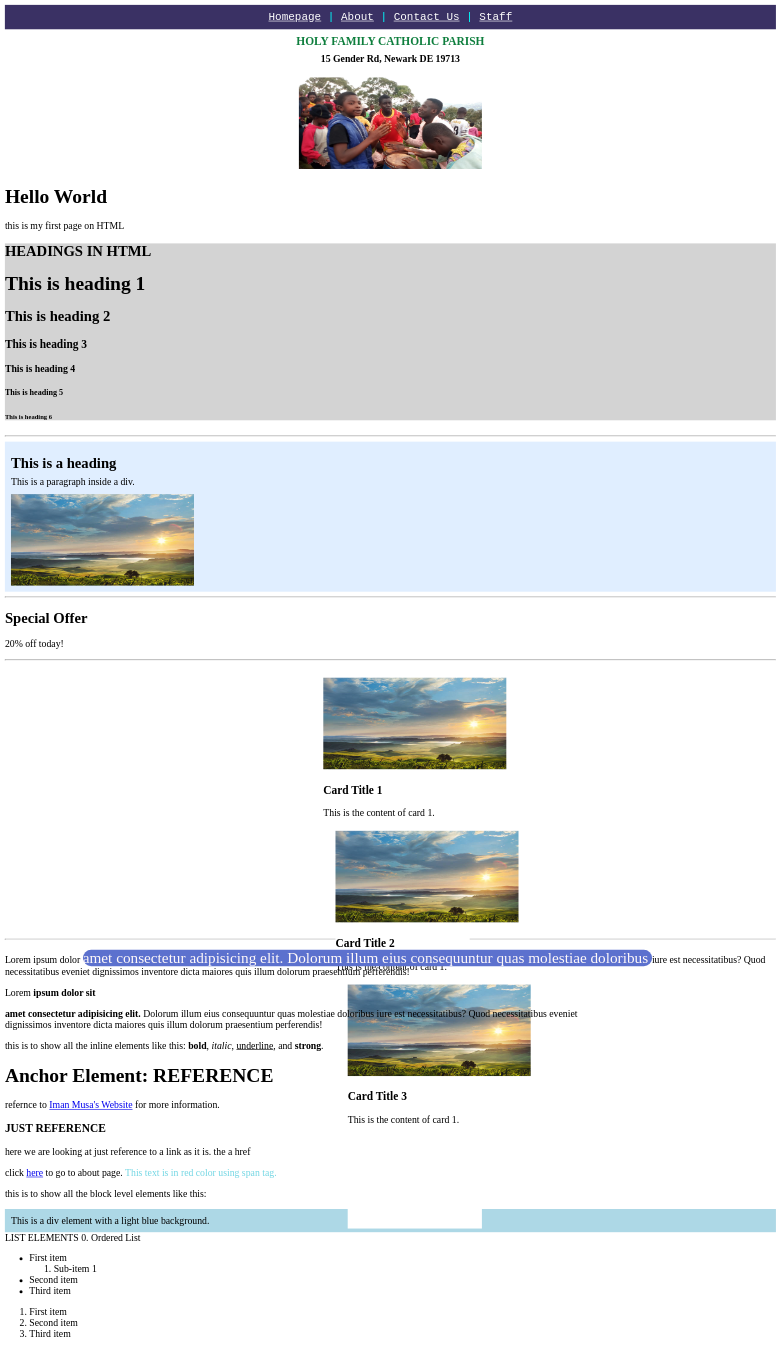
Repository: ficotims/HTML-RESTART
Page: Homepage.html
These files come from the project's save history. The page is drawn as it stood at one moment and after the next save; the edit follows.
The browser window is 1280 px wide. The pictures show the whole page, at 61% of full size.

Above is the page before, as saved 2026-02-10 16:48:48.

### Homepage.html
<!doctype html>
<html lang="en">
  <head>
    <meta charset="UTF-8" />
    <meta name="viewport" content="width=device-width, initial-scale=1.0" />
    <title>HTML Crash course with Iman Musa</title>
    <link rel="stylesheet" href="Style 1.css"/>
  </head>
  <body>

    <!-- NAVIGATION SECTION -->
        <div style="background-color: rgb(58, 49, 100); padding: 10px; text-align: center; color: aqua; font-size: 18px; font-family: monospace, Lemon milk;">
    <a href="Homepage.html" target="_top" style="color: white;">Homepage</a> |
    <a href="about.html" style="color: white;">About</a> | <a href="Contact us.html" style="color: white;">Contact Us</a> |
    <a href="staff.html" style="color: white;">Staff</a>
     </div>

 <div style="text-align: center;">
    <h3><span style="color: rgb(14, 126, 61);"><div style="line-height: 0;">HOLY FAMILY CATHOLIC PARISH</b></span></h3>
    <H4>15 Gender Rd, Newark DE 19713</H4>
    <img
        src="images/Acension.jpg"
        alt="Catholic Church Logo"
        width="300"
        height="150"
      />
      </div>

    <h1>Hello World</h1>
    <p>this is my first page on HTML</p>
    <!-- this is a comment and will not appear on the screen/ page -->
    <!-- let us introduce the headings -->
    <div style="background-color: lightgray; padding: px; text-align: left">
      <h2>HEADINGS IN HTML</h2>
    <h1>This is heading 1</h1>
    <h2>This is heading 2</h2>
    <h3>This is heading 3</h3>
    <h4>This is heading 4</h4>
    <h5>This is heading 5</h5>
    <h6>This is heading 6</h6>
    </div>

    <!-- here we are starting off LEARNING HOW TO USE THE <div> TAG -->
 <hr>
      <div style="background-color: rgb(224, 238, 255); padding: 10px; text-align: left; line-height: 0.5;">
  <h2>This is a heading</h2>
  <p>This is a paragraph inside a div.</p>
  <img src="images/landscape.jpg" alt="Landscape" width="300"
        height="150" />
</div>
<hr>
<div class="highlight-box">
  <h2>Special Offer</h2>
  <p>20% off today!</p>
</div>
<hr>

  <!-- SECTION AND CARDS -->
<section class="container">
  <div class="card">
    <div class="card-image">
      <img src="images/landscape.jpg" alt="Card Image" width="300" height="150" />
    <h3>Card Title 1</h3>
    <p>This is the content of card 1.</p>
  </div>
  <div class="card">
    <div class="card-image">
      <img src="images/landscape.jpg" alt="Card Image" width="300" height="150" />
    <h3>Card Title 2</h3>
    <p>This is the content of card 1.</p>
  </div>
  <div class="card">
    <div class="card-image">
      <img src="images/landscape.jpg" alt="Card Image" width="300" height="150" />
    <h3>Card Title 3</h3>
    <p>This is the content of card 1.</p>
  </div>


</section>

  <hr>
    <!-- thi is for paragraphs now -->
    <p>
      Lorem ipsum dolor <span class="body1">amet consectetur adipisicing elit. Dolorum illum
      eius consequuntur quas molestiae doloribus </span> iure est necessitatibus? Quod
      necessitatibus eveniet dignissimos inventore dicta maiores quis illum
      dolorum praesentium perferendis!
    </p>

    <p>
      Lorem <b>ipsum dolor sit <div>amet consectetur adipisicing elit.</b> Dolorum
      illum eius consequuntur quas molestiae doloribus iure est necessitatibus?
      Quod necessitatibus eveniet </div>dignissimos inventore dicta maiores quis illum
      dolorum praesentium perferendis!
    </p>


    <!-- this is for inline leve elements -->

    <p>
      this is to show all the inline elements like this: <b>bold</b>,
      <i>italic</i>, <u>underline</u>, and <strong>strong</strong>.
      <br />

      <!-- using the other inline elements: Anchor Elements (which are just links) -->
    </p>
    <h1>Anchor Element: REFERENCE</h1>
    refernce to
    <a href="https://www.google.com" target="_blank">Iman Musa's Website</a> for
    more information.
    <h3>JUST REFERENCE</h3>
    <p>here we are looking at just reference to a link as it is. the a href</p>
    click <a href="about.html" target="_blank">here</a> to go to about page.

    <!-- SPAN ELEMENT -->
    <span style="color: rgba(31, 190, 211, 0.63)">This text is in red color using span tag.</span>
    <p>
      <!-- now let us introduce the block level elements -->
      this is to show all the block level elements like this:
    </p>

    <div style="background-color: lightblue; padding: 10px">
      This is a div element with a light blue background.
    </div>

    <!-- this is LIST -->
<hi2>LIST ELEMENTS</h2>

    0. Ordered List

    <ul>
      <li>First item</li>
      <ol><li>Sub-item 1</li></ol>
      <li>Second item</li>
      <li>Third item</li>
    </ul>

    <ol>
      <li>First item</li>
      <li>Second item</li>
      <li>Third item</li>
    </ol>
  </body>
</html>

### Style 1.css
.body1 {
    color: rgb(255, 249, 249);
    background-color: rgb(92, 113, 206);
    border-radius: 50px;
    font-size: 25px;
}

.flyout {
    border: none;
    background-color: lightgreen;
    color: rgb(0, 0, 0);
    padding: 20px;
    margin: 15px;
    height: 250px;
    width: 200px;
}

.*{
    box-sizing: border-box;
    padding: 0;
    margin: 0;
}

.container{
    display: flex;
    justify-content: center;

}

.card {
    background-color: white;
    width: 220px;
    height: 400px;
    margin: 20px;
}

After the next save:
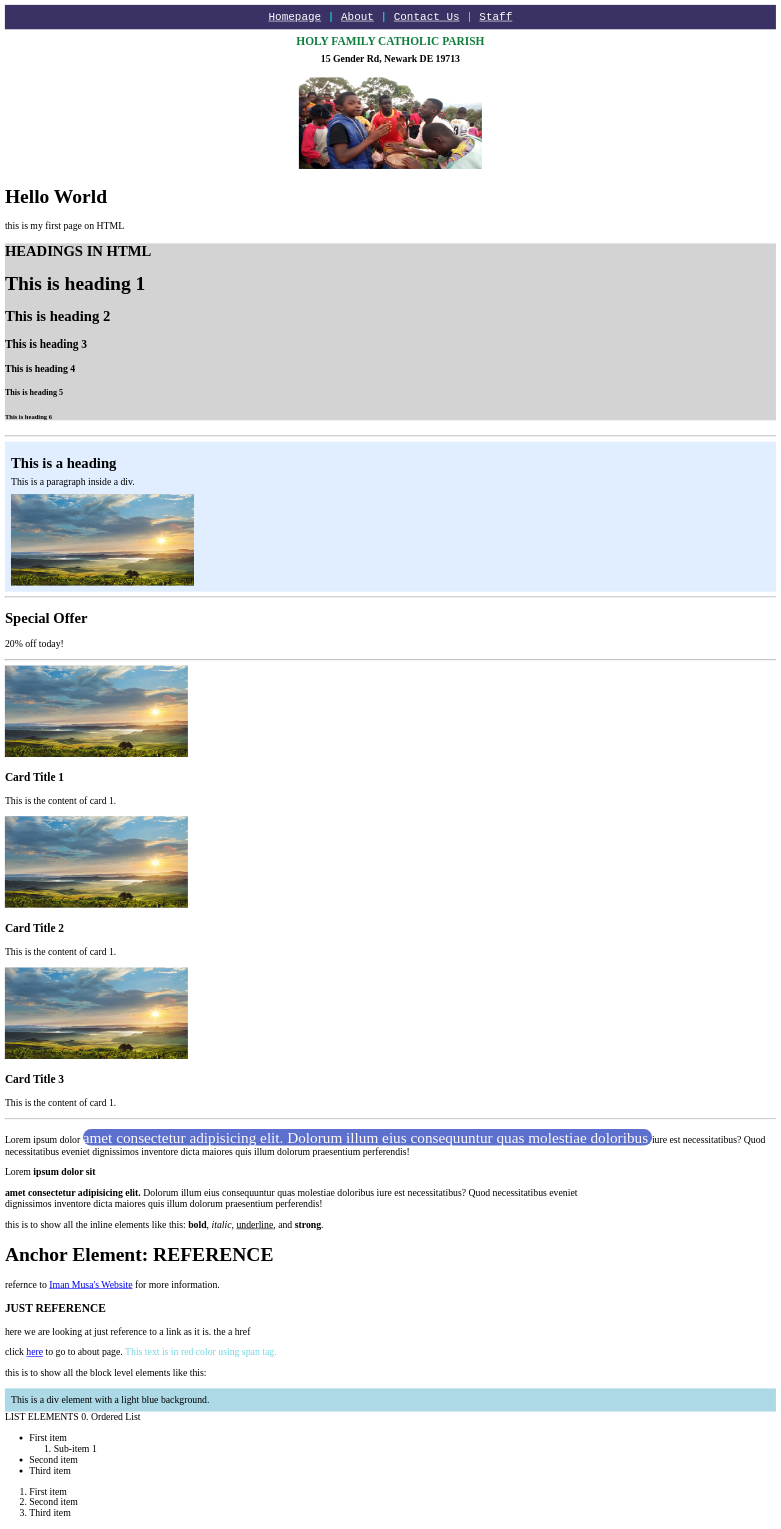
Saved 21 min 11 s later.
--- a/Style 1.css
+++ b/Style 1.css
@@ -14,22 +14,3 @@
     height: 250px;
     width: 200px;
 }
-
-.*{
-    box-sizing: border-box;
-    padding: 0;
-    margin: 0;
-}
-
-.container{
-    display: flex;
-    justify-content: center;
-
-}
-
-.card {
-    background-color: white;
-    width: 220px;
-    height: 400px;
-    margin: 20px;
-}
